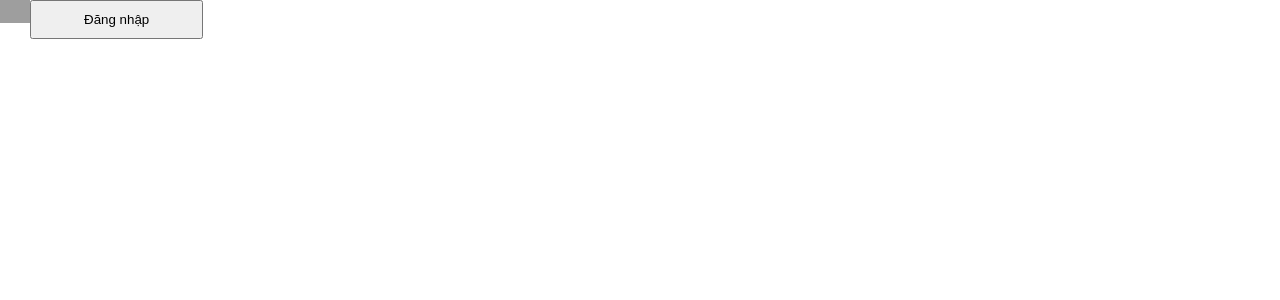
Repository: Dongnguyen318/Quydong
Page: Day 23/index.html
An editor plug-in stored every save of this project. The page is shown before and after the next save, followed by the edit.
The browser window is 1280 px wide. The pictures show the whole page.
Pictures or frames that could not be fetched are drawn as grey boxes.

Above is the page before, as saved 2023-09-08 19:56:22.

### Day 23/index.html
<!DOCTYPE html>
<html lang="en">
  <head>
    <meta charset="UTF-8" />
    <meta name="viewport" content="width=device-width, initial-scale=1.0" />
    <title>Document</title>
    <link rel="stylesheet" href="./assets/css.css" />
  </head>
  <body>
    <!-- header -->

    <header>
      <div>
        <img
          src="https://cdnweb.dantri.com.vn/dist/static-logo.1-0-1.742f36bc45f3443d0e59.svg"
          alt=""
        />
      </div>
      <button class="btn">Đăng nhập</button>
      <div class="wrapper">
        <div class="btn-wrapper">
          <button class="btn-login">Đăng Nhập</button>
          <button class="btn-login">Đăng Ký</button>
        </div>
        <div class="wrapper-form">
          <span class="wrapper-title">với các tài khoản mạng xã hội</span>
          <div class="wrapper-account">
            <div class="google">
              <img src="./img/google-png.webp" alt="" />
            </div>
            <div class="facebook">
              <img src="./img/facebook-img.png" alt="" />
            </div>
          </div>
          <span class="wrapper-or">hoặc</span>
          <div class="wrapper-form">
            <form action="">
              <label for="email-login">Email</label>
              <input
                type="email"
                id="email-login"
                class="email-login"
                placeholder="Email"
              />
              <div class="input-box">
                <label for="password-login">Mật Khẩu</label>
                <input
                  type="password"
                  id="password"
                  class="password-login"
                  placeholder="Password"
                />
                <img id="eyeicon" class="eye-close" src="./img/eye-close.png" />
              </div>
              <p><a href="#">Quên mật khẩu</a></p>
              <button class="btn-asign">Đăng nhập</button>
            </form>
          </div>
        </div>
      </div>
      <script src="./assets/js.js"></script>
    </header>
  </body>
</html>

### Day 23/assets/css.css
* {
  margin: 0;
  padding: 0;
  box-sizing: border-box;
}

header {
  display: flex;
  width: 100%;
}
.wrapper {
  display: none;
}

.wrapper.show {
  display: block;
}

.wrapper {
  margin: 0 auto;
  width: 400px;
  height: auto;
  background: #fff;
  padding: 0 30px;
}
.wrapper-form {
  margin-top: 20px;
}
.wrapper-title {
  margin-left: 80px;
}
.wrapper-or {
  margin-left: 160px;
}
button {
  padding: 10px 52px;
}
img {
  width: 30px;
  object-fit: contain;
}
.wrapper-account {
  display: flex;
  justify-content: space-around;
}
.google,
.facebook {
  background: #a5abb5;
  padding: 5px 60px;
  border-radius: 10px;
}
/* .wrapper-or::before {
    content: "";
} */
.email-login {
  width: 100%;
  height: 40px;
  border: 1px solid gray;
  border-radius: 5px;
  padding-left: 20px;
  margin-bottom: 20px;
}
.password-login {
  width: 100%;
  height: 40px;
  border: 1px solid gray;
  border-radius: 5px;
  padding-left: 20px;
  margin-bottom: 20px;
}
.input-box {
  position: relative;
}
.input-box img {
  width: 25px;
  cursor: pointer;
  position: absolute;
  right: 10px;
  bottom: 30px;
}
.btn-asign {
  width: 100%;
  height: 45px;
  border: none;
  border-radius: 5px;
  background: #1a7900;
  color: white;
  margin-top: 10px;
  margin-bottom: 10px;
}

Loaded but not shown: Day 23/assets/js.js (no stored copy; drawn as an empty file)

After the next save:
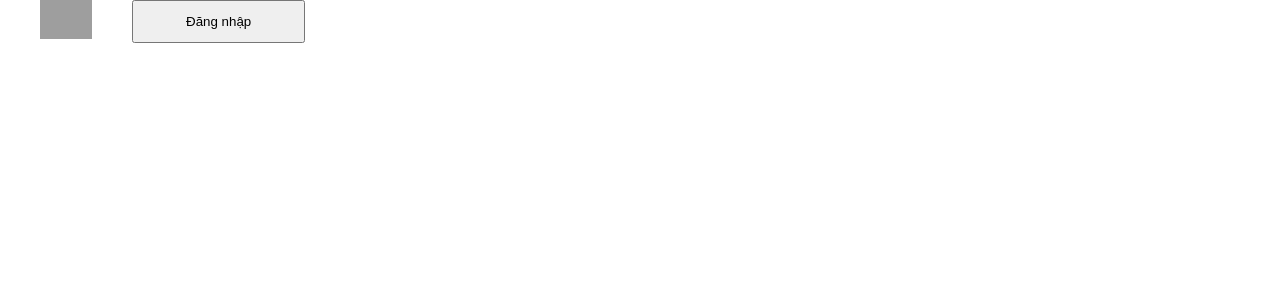
Saved 83 s later.
--- a/Day 23/assets/css.css
+++ b/Day 23/assets/css.css
@@ -7,6 +7,10 @@
 header {
   display: flex;
   width: 100%;
+}
+header img {
+  height: 39px;
+  width: 132px;
 }
 .wrapper {
   display: none;
